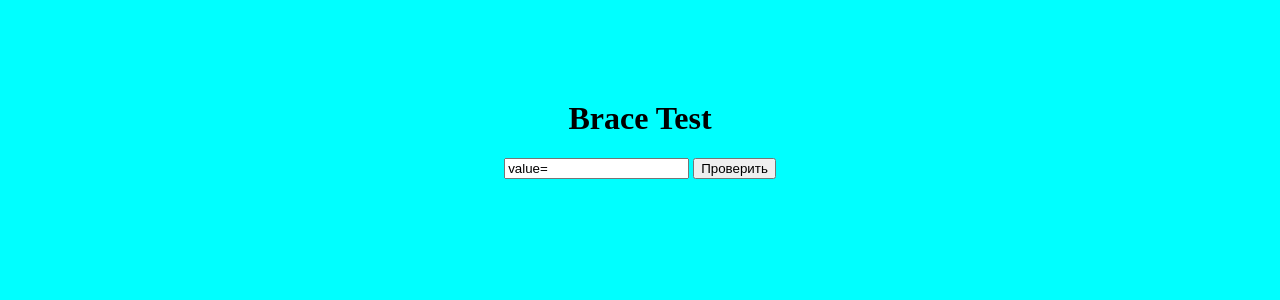
Repository: PGVlasov/braces
Page: index.html
These files come from the project's save history. The page is drawn as it stood at one moment and after the next save; the edit follows.
The browser window is 1280 px wide. The pictures show the whole page.

Above is the page before, as saved 2021-04-06 14:46:34.
Console error: TypeError: Cannot read properties of null (reading 'addEventListener')

### index.html
<body class="body">
  <h1>Brace Test</h1>
  <link rel="stylesheet" type="text/css" href="style.css" />
  <div class="form">
    <form>
      <input type="text" class="myValidate" value="value="Some text here..." />
      <button class="button-order">Проверить</button>
    </form>
    <script src="index.js"></script>
  </div>
</body>

### style.css
.body {
  background-color: aqua;
  text-align: center;
  margin-top: 100px;
}

### index.js
let input = document.querySelector(".myValidate");
let btn = document.querySelector(".button-order");

input.addEventListener("keyup", function () {
  this.value = this.value.replace(/[^\d]/g, "");
  console.log(this.value);
  return this.value;
});

let stringForTest = document.querySelector(".value");
function checkInput() {
  console.log(this.value);
}
stringForTest.addEventListener("submit", checkInput());

// console.log(`${stringForTest} + !!!`);
// btn.addEventListener("click", checkInput());

// //btn.addEventListener("click", checkInput());

After the next save:
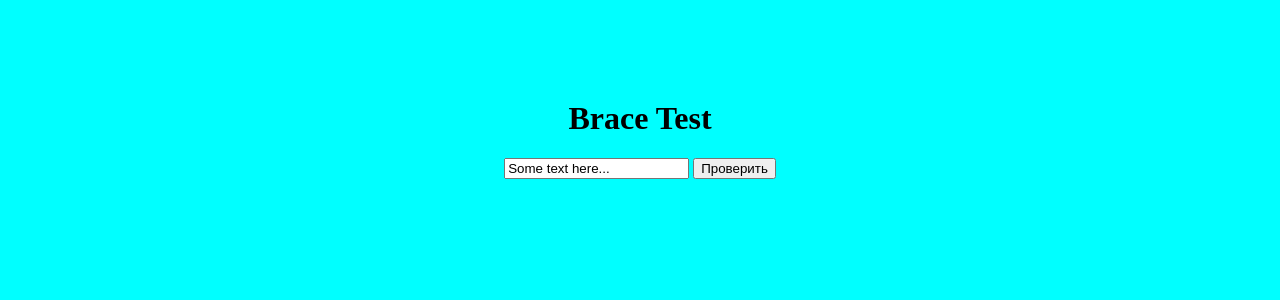
Saved 9 s later.
--- a/index.html
+++ b/index.html
@@ -3,7 +3,7 @@
   <link rel="stylesheet" type="text/css" href="style.css" />
   <div class="form">
     <form>
-      <input type="text" class="myValidate" value="value="Some text here..." />
+      <input type="text" class="myValidate" value="Some text here..." />
       <button class="button-order">Проверить</button>
     </form>
     <script src="index.js"></script>
